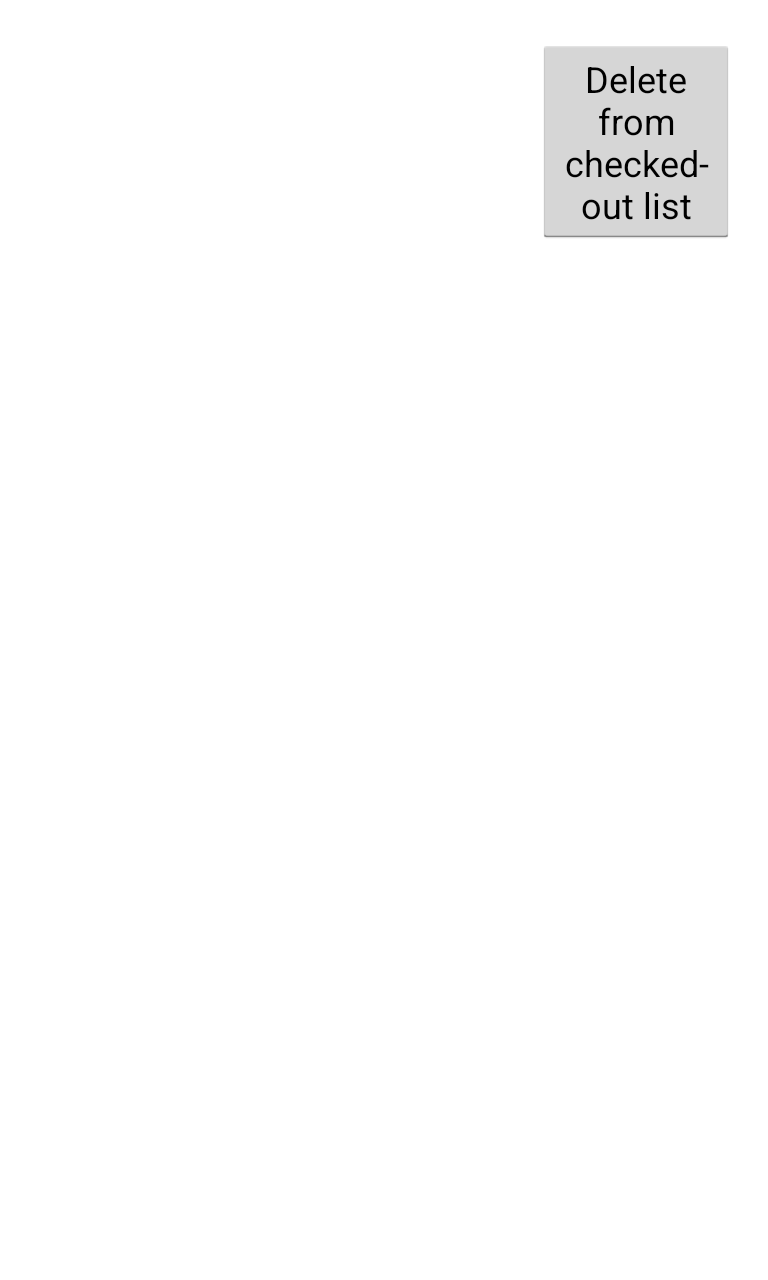
Repository: harvard-lil/wtwba-android-app
Layout: wtwba/res/layout/activity_delete_item.xml
These files come from the project's save history. The layout is drawn as it stood at one moment and after the next save; the edit follows.
It is drawn on a 768 x 1280 px phone screen (xhdpi) without system bars, with theme AppTheme; the app's code is not run.

Above is the layout before, as saved 2013-03-13 18:56:49.

### wtwba/res/layout/activity_delete_item.xml
<?xml version="1.0" encoding="utf-8"?>
<LinearLayout xmlns:android="http://schemas.android.com/apk/res/android"
    android:layout_width="fill_parent"
    android:layout_height="fill_parent"
    android:paddingLeft="16dp"
    android:paddingRight="16dp"
    android:orientation="vertical" >

    <TextView
        android:id="@+id/title_preview"
        android:layout_width="fill_parent"
        android:layout_height="wrap_content"
         />

    <Button
        android:layout_width="100dp"
        android:layout_height="wrap_content"
        android:layout_gravity="right"
        android:text="@string/button_confirm_delete"
        android:onClick="deleteItem"/>
</LinearLayout>

### wtwba/res/values/strings.xml
<?xml version="1.0" encoding="utf-8"?>
<resources>

    <string name="app_name">wtwba</string>
    <string name="main_activity_title">Wild Books | Home</string>
    <string name="activity_item_details_title">Wild Books | New Item Details</string>
    <string name="activity_scan_title">Wild Books | Scan New Item</string>
    <string name="activity_manage_user_title">Wild Books | Manage User</string>
    <string name="activity_location_title">Select your current location</string>
    <string name="user_name_box_label">Enter your assigned user key</string>
    <string name="edit_message">Enter a message</string>

    <string name="button_confirm_delete">Delete from checked-out list</string>
    <string name="activity_delete_title">Delete an item</string>

    <string name="button_scan">Scan</string>
    <string name="button_item_confrim">Return home</string>
    <string name="button_add">Add to list</string>
    <string name="button_save_user_name">Save user key</string>
    <string name="menu_settings">Settings</string>
    <string name="title_activity_main">MainActivity</string>
    <string name="hello_world">Hello world!</string>
    <string name="title_holder">Sample Title Here</string>
    <string name="connection_error">Unable to connect to network</string>
    <string name="title_activity_display_message">DisplayMessageActivity</string>
    <string name="empty_list">You haven\'t added any items.</string>

</resources>

Loaded but not shown: wtwba/res/values-v11/styles.xml (common file); wtwba/res/values-v14/styles.xml (common file); wtwba/res/values/styles.xml (common file)

After the next save:
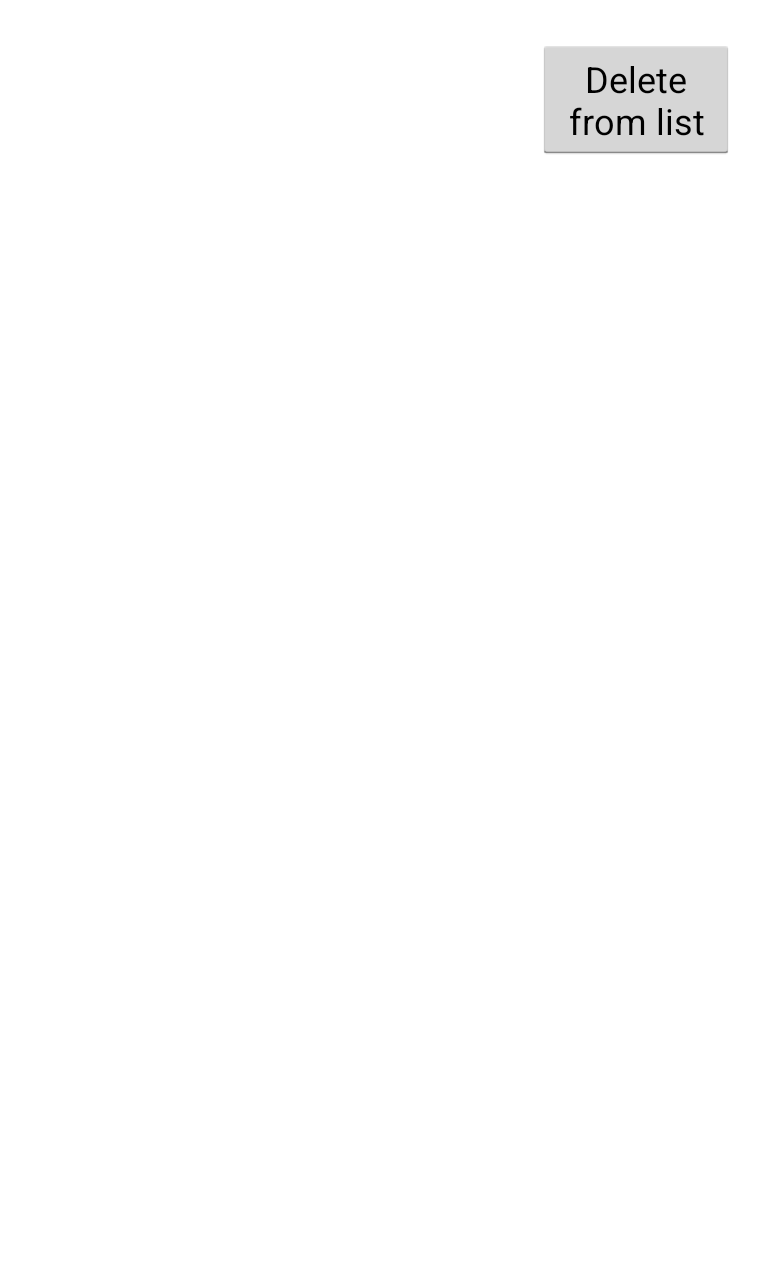
Saved 55 s later.
--- a/wtwba/res/values/strings.xml
+++ b/wtwba/res/values/strings.xml
@@ -10,7 +10,7 @@
     <string name="user_name_box_label">Enter your assigned user key</string>
     <string name="edit_message">Enter a message</string>
 
-    <string name="button_confirm_delete">Delete from checked-out list</string>
+    <string name="button_confirm_delete">Delete from list</string>
     <string name="activity_delete_title">Delete an item</string>
 
     <string name="button_scan">Scan</string>
